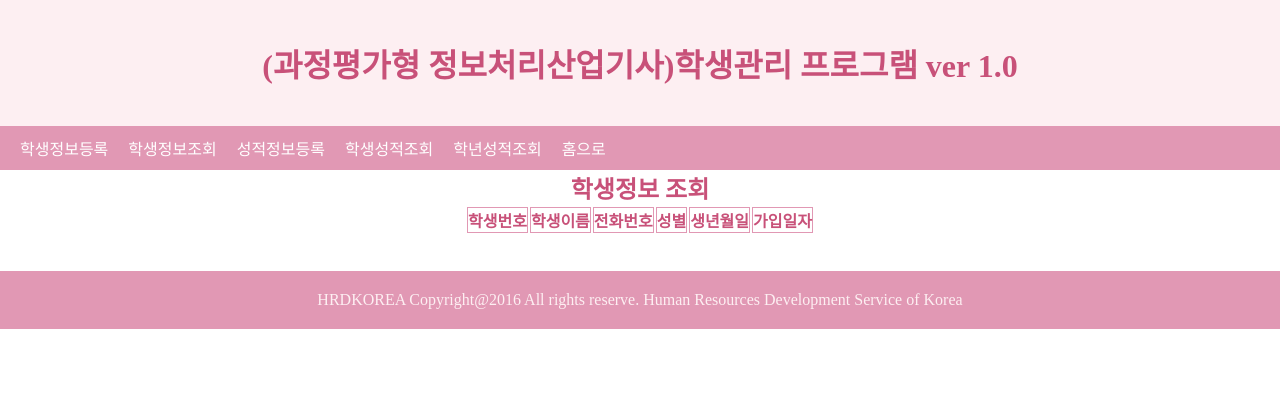
Repository: SeolhwaPark/JSL40_HRDKOREA
Page: http://localhost/HRD_0428_02/list.jsp
The author's editor kept a copy of each file at every save. The page is drawn from the files as they stood at one save, then again after the next save.
The browser window is 1280 px wide. The pictures show the whole page.
The page is served by Tomcat 9. Other server files are loaded and not shown. Queries for data that is not in the repository find no rows.

Above is the page before, as saved 2020-04-30 04:50:25.

### HRD_0428_02/WebContent/list.jsp
<%@ page language="java" contentType="text/html; charset=UTF-8"
    pageEncoding="UTF-8"%>
<%@ page import="java.util.* , model.*"%>

<%
	DAO dao = DAO.getInstance();
	List<VO> list = dao.list();

%>
<!DOCTYPE html>
<html>
<head>
<meta charset="UTF-8">
<title>(과정평가형 정보처리산업기사)학생관리 프로그램 ver 1.0</title>

<style type="text/css">
*{padding:0;margin:0}
.logo{padding:40px 0;text-align:center;color:#c85179; background-color:#fdeff2}
.navi{padding:10px 0;overflow:hidden; background-color:#e198b4}
.navi ul, li{padding:0 10px;float:left;list-style:none}
a{text-decoration:none; color:#fff}

.section{color:#c85179;}
.title{text-align:center;}
.content{margin:0 auto}
.content table{margin:0 auto}
.content table th, td{text-align:center;color:#c85179; border: 1px solid #e198b4}
.btn_group{text-align:center;}

.footer{padding:20px 0;background-color:#e198b4}
.footer p{text-align:center;color:#fdeff2;}
</style>
<script type="text/javascript">
</script>

</head>
<body>

<div class="header">
	<header>
		<h1 class="logo">(과정평가형 정보처리산업기사)학생관리 프로그램 ver 1.0</h1>
		<nav class="navi">
			<ul>
				<li><a href="insert.jsp">학생정보등록</a></li>
				<li><a href="list.jsp">학생정보조회</a></li>
				<li><a href="input.jsp">성적정보등록</a></li>
				<li><a href="view.jsp">학생성적조회</a></li>
				<li><a href="view2.jsp">학년성적조회</a></li>
				<li><a href="index.jsp">홈으로</a></li>
			</ul>
		</nav>
	</header>
</div>
<div class="section">
	<section>
		<h2 class="title">학생정보 조회</h2>
		<div class="content">

				<table>
					<tr>
						<th>학생번호</th>
						<th>학생이름</th>
						<th>전화번호</th>
						<th>성별</th>
						<th>생년월일</th>
						<th>가입일자</th>
					</tr>
				<%
					String date;
					String str;

					for(int x=0;x<list.size();x++){
					str = list.get(x).getBirth();
					date = list.get(x).getRegdate();
				%>
					<tr>
						<td style="background-color:#e198b4"><a href="modify.jsp?hakbun=<%= list.get(x).getHakbun() %>"><%= list.get(x).getHakbun() %></a></td>
						<td><%= list.get(x).getName() %></td>
						<td><%= list.get(x).getPhone1()+"-"+list.get(x).getPhone2()+"-"+list.get(x).getPhone3() %></td>

						<% if(list.get(x).getGender().equalsIgnoreCase("M")){ %>
						<td>남자</td>
						<% }else{ %>
						<td>여자</td>
						<% } %>

						<td><%= str.substring(0,4)+"-"+str.substring(4,6)+"-"+str.substring(6,8) %></td>
						<td><%= date.substring(0,4)+"년"+date.substring(5,7)+"월"+date.substring(8,10)+"일" %></td>
					</tr>
				<%
					}
				%>
				</table>
			<br><br>
		</div>

	</section>
</div>
<div class="footer">
	<footer>
		<p>HRDKOREA Copyright@2016 All rights reserve. Human Resources Development Service of Korea</p>
	</footer>
</div>
</body>
</html>

### HRD_0428_02/src/model/DAO.java
package model;

import java.sql.Connection;
import java.sql.DriverManager;
import java.sql.PreparedStatement;
import java.sql.ResultSet;
import java.util.ArrayList;
import java.util.List;

public class DAO {
	private DAO() {}
	private static DAO instance = new DAO();
	public static DAO getInstance() throws Exception{
		return instance;
	}
	public static Connection getConnection() throws Exception{
		Class.forName("oracle.jdbc.OracleDriver");
		Connection con = DriverManager.getConnection("jdbc:oracle:thin:@localhost:1521/xe","hrdkorea","1234");
		return con;
	}

	Connection con = null;
	PreparedStatement pstmt = null;
	ResultSet rs = null;

	public int insert(VO vo) {
		String query="insert into tbl_student01(hakbun,name,phone1,phone2,phone3,birth,gender,regdate) "
				+ "values(?,?,?,?,?,?,?,?)";
		int row =0;
		try {
			con = getConnection();
			pstmt = con.prepareStatement(query);
			pstmt.setString(1, vo.getHakbun());
			pstmt.setString(2, vo.getName());
			pstmt.setString(3, vo.getPhone1());
			pstmt.setString(4, vo.getPhone2());
			pstmt.setString(5, vo.getPhone3());
			pstmt.setString(6, vo.getBirth());
			pstmt.setString(7, vo.getGender());
			pstmt.setString(8, vo.getRegdate());
			row = pstmt.executeUpdate();
		} catch (Exception e) {
			e.printStackTrace();
		}finally {
			try {
				if(rs!=null)rs.close();
				if(pstmt!=null)pstmt.close();
				if(con!=null)con.close();
			} catch (Exception e) {
				e.printStackTrace();
			}
		}
		return row;
	}
	public int input(VO vo) {
		String query="insert into tbl_score01(hakbun,kor,eng,mat) "
				+ "values(?,?,?,?)";
		int row =0;
		try {
			con = getConnection();
			pstmt = con.prepareStatement(query);
			pstmt.setString(1, vo.getHakbun());
			pstmt.setInt(2, vo.getKor());
			pstmt.setInt(3, vo.getEng());
			pstmt.setInt(4, vo.getMat());
			row = pstmt.executeUpdate();
		} catch (Exception e) {
			e.printStackTrace();
		}finally {
			try {
				if(rs!=null)rs.close();
				if(pstmt!=null)pstmt.close();
				if(con!=null)con.close();
			} catch (Exception e) {
				e.printStackTrace();
			}
		}
		return row;
	}

	public VO select(String hakbun) {
		String query="select a.hakbun, b.kor, b.eng, b.mat from tbl_student01 a, tbl_score01 b where a.hakbun = b.hakbun";
		VO vo = null;
		try {
			con = getConnection();
			pstmt = con.prepareStatement(query);
			rs = pstmt.executeQuery();
			if(rs.next()) {
				vo = new VO();
				vo.setHakbun(rs.getString("hakbun"));
				vo.setKor(rs.getInt("kor"));
				vo.setEng(rs.getInt("eng"));
				vo.setMat(rs.getInt("mat"));
			}
		} catch (Exception e) {
			e.printStackTrace();
		}finally {
			try {
				if(rs!=null)rs.close();
				if(pstmt!=null)pstmt.close();
				if(con!=null)con.close();
			} catch (Exception e) {
				e.printStackTrace();
			}
		}
		return vo;
	}
	public VO selectList(String hakbun) {
		String query="select * from tbl_student01 where hakbun=?";
		VO vo = null;
		try {
			con = getConnection();
			pstmt = con.prepareStatement(query);
			pstmt.setString(1, hakbun);
			rs = pstmt.executeQuery();
			if(rs.next()) {
				vo = new VO();
				vo.setHakbun(rs.getString("hakbun"));
				vo.setName(rs.getString("name"));
				vo.setPhone1(rs.getString("phone1"));
				vo.setPhone2(rs.getString("phone2"));
				vo.setPhone3(rs.getString("phone3"));
				vo.setGender(rs.getString("gender"));
				vo.setBirth(rs.getString("birth"));
				vo.setRegdate(rs.getString("regdate"));
			}
		} catch (Exception e) {
			e.printStackTrace();
		}finally {
			try {
				if(rs!=null)rs.close();
				if(pstmt!=null)pstmt.close();
				if(con!=null)con.close();
			} catch (Exception e) {
				e.printStackTrace();
			}
		}
		return vo;
	}

	public List<VO> list() {
		String query="select * from tbl_student01";
		List<VO> list = new ArrayList<VO>();
		VO vo = null;
		try {
			con = getConnection();
			pstmt = con.prepareStatement(query);
			rs = pstmt.executeQuery();

			while(rs.next()) {
				vo = new VO();
				vo.setHakbun(rs.getString("hakbun"));
				vo.setName(rs.getString("name"));
				vo.setPhone1(rs.getString("phone1"));
				vo.setPhone2(rs.getString("phone2"));
				vo.setPhone3(rs.getString("phone3"));
				vo.setGender(rs.getString("gender"));
				vo.setBirth(rs.getString("birth"));
				vo.setRegdate(rs.getString("regdate"));
				list.add(vo);
			}
		} catch (Exception e) {
			e.printStackTrace();
		}finally {
			try {
				if(rs!=null)rs.close();
				if(pstmt!=null)pstmt.close();
				if(con!=null)con.close();
			} catch (Exception e) {
				e.printStackTrace();
			}
		}
		return list;
	}
	public List<VO> scorelist() {
		String query="select a.hakbun,a.name,a.gender,b.kor,b.eng,b.mat,"
				+ "b.kor+b.eng+b.mat as tot, (b.kor+b.eng+b.mat)/3 as avg "
				+ "from tbl_student01 a, tbl_score01 b where a.hakbun = b.hakbun order by avg desc";
		List<VO> list = new ArrayList<VO>();
		VO vo =null;
		try {
			con = getConnection();
			pstmt = con.prepareStatement(query);
			rs = pstmt.executeQuery();

			while(rs.next()) {
				vo = new VO();
				vo.setHakbun(rs.getString("hakbun"));
				vo.setName(rs.getString("name"));
				vo.setGender(rs.getString("gender"));
				vo.setKor(rs.getInt("kor"));
				vo.setEng(rs.getInt("eng"));
				vo.setMat(rs.getInt("mat"));
				vo.setTot(rs.getInt("tot"));
				vo.setAvg(rs.getDouble("avg"));

				list.add(vo);
			}
		} catch (Exception e) {
			e.printStackTrace();
		}finally {
			try {
				if(rs!=null)rs.close();
				if(pstmt!=null)pstmt.close();
				if(con!=null)con.close();
			} catch (Exception e) {
				e.printStackTrace();
			}
		}
		return list;
	}
	public VO totlist() {
		String query="select SUM(kor) as kortot,SUM(eng) as engtot,SUM(mat) as mattot,round(avg(kor),1) as koravg,"
				+ "round(avg(eng),1) as engavg,round(avg(mat),1) as matavg from tbl_score01";
		VO vo = null;
		try {
			con = getConnection();
			pstmt = con.prepareStatement(query);
			rs = pstmt.executeQuery();
			if(rs.next()) {
				vo = new VO();
				vo.setKortot(rs.getInt("kortot"));
				vo.setKoravg(rs.getDouble("koravg"));
				vo.setEngtot(rs.getInt("engtot"));
				vo.setEngavg(rs.getDouble("engavg"));
				vo.setMattot(rs.getInt("mattot"));
				vo.setMatavg(rs.getDouble("matavg"));
			}
		} catch (Exception e) {
			e.printStackTrace();
		}finally {
			try {
				if(rs!=null)rs.close();
				if(pstmt!=null)pstmt.close();
				if(con!=null)con.close();
			} catch (Exception e) {
				e.printStackTrace();
			}
		}
		return vo;
	}

	public List<VO> haklist() {
		String query="select a.hakbun,a.name,a.gender,b.kor,b.eng,b.mat,"
				+ "b.kor+b.eng+b.mat as tot, (b.kor+b.eng+b.mat)/3 as avg "
				+ "from tbl_student01 a, tbl_score01 b where a.hakbun = b.hakbun order by avg desc";
		List<VO> list = new ArrayList<VO>();
		VO vo =null;
		try {
			con = getConnection();
			pstmt = con.prepareStatement(query);
			rs = pstmt.executeQuery();

			while(rs.next()) {
				vo = new VO();
				vo.setHakbun(rs.getString("hakbun"));
				vo.setKortot(rs.getInt("kortot"));
				vo.setEngtot(rs.getInt("engtot"));
				vo.setMattot(rs.getInt("mattot"));
				vo.setKoravg(rs.getDouble("koravg"));
				vo.setEngavg(rs.getDouble("engavg"));
				vo.setMatavg(rs.getDouble("matavg"));
				list.add(vo);
			}
		} catch (Exception e) {
			e.printStackTrace();
		}finally {
			try {
				if(rs!=null)rs.close();
				if(pstmt!=null)pstmt.close();
				if(con!=null)con.close();
			} catch (Exception e) {
				e.printStackTrace();
			}
		}
		return list;
	}
	public List<VO> hakscore() {
		String query="select substr(s.hakbun,0,1) as hak,SUM(kor) as kortot, SUM(eng) as engtot, SUM(mat) as mattot,"
				+ "round(avg(kor),1) as koravg, round(avg(eng),1) as engavg, round(avg(mat),1) as matavg "
				+ "from tbl_score01 s,tbl_student01 t where s.hakbun=t.hakbun group by substr(s.hakbun,0,1) order by substr(s.hakbun,0,1) asc";
		List<VO> list = new ArrayList<VO>();
		VO vo =null;
		try {
			con = getConnection();
			pstmt = con.prepareStatement(query);
			rs = pstmt.executeQuery();

			while(rs.next()) {
				vo = new VO();
				vo.setHakbun(rs.getString("hak"));
				vo.setKortot(rs.getInt("kortot"));
				vo.setEngtot(rs.getInt("engtot"));
				vo.setMattot(rs.getInt("mattot"));
				vo.setKoravg(rs.getDouble("koravg"));
				vo.setEngavg(rs.getDouble("engavg"));
				vo.setMatavg(rs.getDouble("matavg"));
				list.add(vo);
			}
		} catch (Exception e) {
			e.printStackTrace();
		}finally {
			try {
				if(rs!=null)rs.close();
				if(pstmt!=null)pstmt.close();
				if(con!=null)con.close();
			} catch (Exception e) {
				e.printStackTrace();
			}
		}
		return list;
	}

	public int modify(VO vo) {
		String query="update tbl_student01 set phone1=?,phone2=?,phone3=?,birth=?,gender=?,regdate =? where hakbun=?";
		int row =0;
		try {
			con = getConnection();
			pstmt = con.prepareStatement(query);
			pstmt.setString(1, vo.getPhone1());
			pstmt.setString(2, vo.getPhone2());
			pstmt.setString(3, vo.getPhone3());
			pstmt.setString(4, vo.getBirth());
			pstmt.setString(5, vo.getGender());
			pstmt.setString(6, vo.getRegdate());
			pstmt.setString(7, vo.getHakbun());
			row = pstmt.executeUpdate();

		} catch (Exception e) {
			e.printStackTrace();
		}finally {
			try {
				if(rs!=null)rs.close();
				if(pstmt!=null)pstmt.close();
				if(con!=null)con.close();
			} catch (Exception e) {
				e.printStackTrace();
			}
		}
		return row;
	}


}

After the next save:
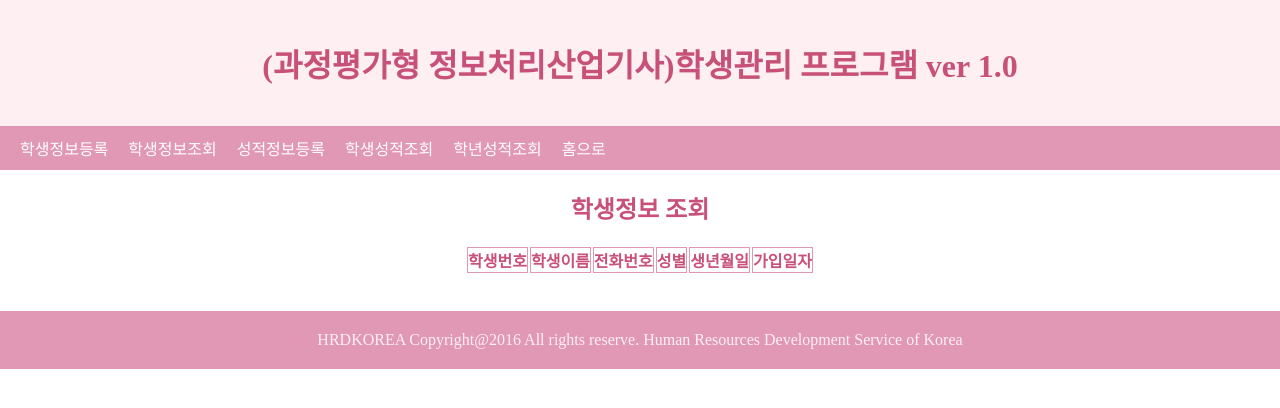
Saved 13 s later.
--- a/HRD_0428_02/WebContent/list.jsp
+++ b/HRD_0428_02/WebContent/list.jsp
@@ -21,7 +21,7 @@
 a{text-decoration:none; color:#fff}
 
 .section{color:#c85179;}
-.title{text-align:center;}
+.title{text-align:center;padding:20px;}
 .content{margin:0 auto}
 .content table{margin:0 auto}
 .content table th, td{text-align:center;color:#c85179; border: 1px solid #e198b4}
